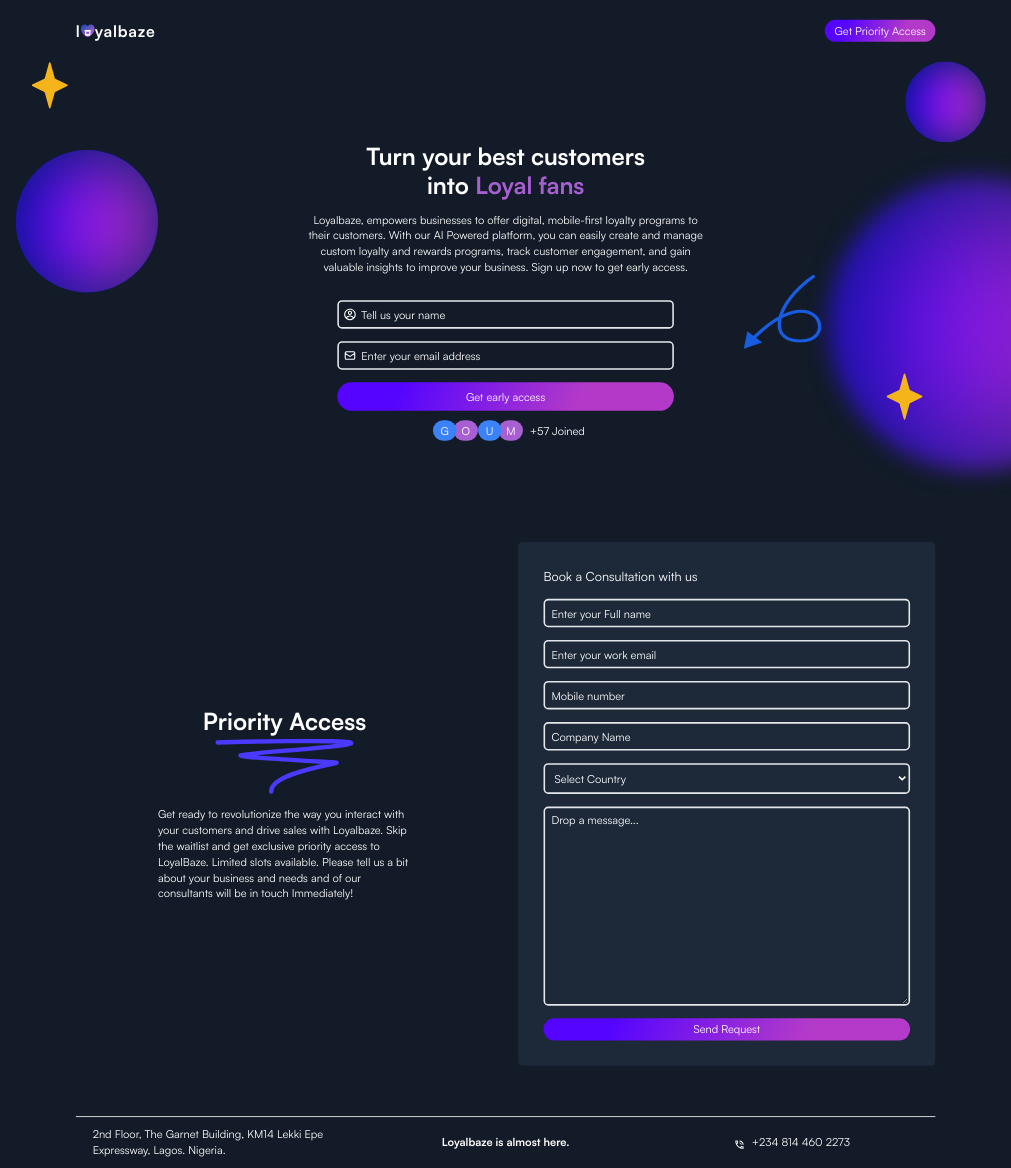
Repository: Jerified/loyalbaze
Page: /
An editor plug-in stored every save of this project. The page is shown before and after a run of saves, followed by the edit.
The browser window is 1280 px wide. The pictures show the whole page, at 79% of full size.
The project was rebuilt for these pictures with package versions that can differ from the ones it lists, and the page was loaded fresh each time. The framework's server and built-in components were replaced by stand-ins that run in the browser. Also part of the build but not shown: next.config.js.

Above is the page before, as saved 2023-02-14 17:43:44.

### src/app/layout.tsx
import Header from '@/components/Header'
import localFont from '@next/font/local'
import './globals.css'
// import Providers from '../../';

const satoshi = localFont({
  src: [
    {
      path: '../../public/fonts/Satoshi-Regular.woff2',
      weight: '400',
    },
    {
      path: '../../public/fonts/Satoshi-Bold.woff2',
      weight: '700',
    },
  ]
})

export default function RootLayout({
  children,
}: {
  children: React.ReactNode
}) {
  return (
    <html lang="en">
      <head />
      <body className={satoshi.className}>
          <Header />
          {children}
      </body>
    </html>
  );
}

### src/app/page.tsx
import Contents from "@/components/Contents";
import Footer from "@/components/Footer";
import Form from "@/components/Form";


export default async function Home() {

  return  (
  <main className=''>
    <Contents />
    <Form />
    <Footer />
  </main>
  )
}

### src/components/Header.tsx
import { AiFillHome } from "react-icons/ai";
import { BsFillInfoCircleFill } from "react-icons/bs";
import Link from "next/link";

export default function Header() {
  return (
    <div className="flex justify-between px-8 sm:mx-auto items-center py-6 max-w-6xl mx-auto">
      <div className="text-xl font-semibold tracking-wider flex items-end justify-end">
        l
        <div className="relative">
          <svg
            width="10"
            height="8"
            viewBox="0 0 10 8"
            fill="none"
            xmlns="http://www.w3.org/2000/svg"
            className="absolute bottom-2 right-[0.23rem]"
          >
            <path
              d="M8.42822 3V5.57143C8.42822 6.51857 7.66108 7.28571 6.71394 7.28571H3.28537C2.33822 7.28571 1.57108 6.51857 1.57108 5.57143V3C1.57108 2.76429 1.76394 2.57143 1.99965 2.57143H2.84394C3.07965 2.57143 3.27251 2.76429 3.27251 3V4.34571C3.27295 4.5733 3.36327 4.7915 3.5238 4.95283C3.68432 5.11416 3.90207 5.20556 4.12965 5.20714C4.29251 5.20714 4.45537 5.16 4.59679 5.06571L5.00394 4.8L5.38108 5.05286C5.64251 5.22857 5.97679 5.25 6.25537 5.1C6.53822 4.95 6.71394 4.66286 6.71394 4.34143V3C6.71394 2.76429 6.90679 2.57143 7.14251 2.57143H7.99965C8.23537 2.57143 8.42822 2.76429 8.42822 3ZM9.07108 0.857143V1.28571C9.07108 1.75714 8.84394 2.14286 8.21394 2.14286H1.78537C1.12965 2.14286 0.928223 1.75714 0.928223 1.28571V0.857143C0.928223 0.385714 1.12965 0 1.78537 0H8.21394C8.84394 0 9.07108 0.385714 9.07108 0.857143Z"
              fill="white"
            />
          </svg>

          <span className="w-">
            <svg
              width="18"
              height="30"
              viewBox="0 0 34 30"
              fill="none"
              xmlns="http://www.w3.org/2000/svg"
            >
              <path
                d="M24.4002 0.169922C21.3835 0.169922 18.6835 1.63659 17.0002 3.88659C16.1404 2.73461 15.0239 1.79891 13.7394 1.15375C12.4549 0.508585 11.0376 0.171731 9.60016 0.169922C4.4835 0.169922 0.333496 4.33659 0.333496 9.48659C0.333496 11.4699 0.650163 13.3033 1.20016 15.0033C3.8335 23.3366 11.9502 28.3199 15.9668 29.6866C16.5335 29.8866 17.4668 29.8866 18.0335 29.6866C22.0502 28.3199 30.1668 23.3366 32.8002 15.0033C33.3502 13.3033 33.6668 11.4699 33.6668 9.48659C33.6668 4.33659 29.5168 0.169922 24.4002 0.169922Z"
                fill="url(#paint0_linear_1098_9360)"
              />
              <defs>
                <linearGradient
                  id="paint0_linear_1098_9360"
                  x1="2.3335"
                  y1="0.333333"
                  x2="19.3335"
                  y2="22.5"
                  gradientUnits="userSpaceOnUse"
                >
                  <stop stop-color="#175CE1" stop-opacity="0.71" />
                  <stop offset="1" stop-color="#A75FD2" stop-opacity="0.94" />
                </linearGradient>
              </defs>
            </svg>
          </span>
        </div>
        yalbaze
      </div>

      <button className=" px-3 py-1 rounded-full bg-[linear-gradient(112.92deg,_#5404FF_18.35%,rgba(189,_59,_210,_0.94)_71.49%)] text-sm">
        <div className="bg-inherit">Get Priority Access</div>
      </button>
    </div>
  );
}

### src/app/globals.css


@tailwind base;
@tailwind components;
@tailwind utilities;

body{
  background-color: #121B27;
  color: white;
  font-family: 'satoshi';
}

@layer components {
  input {
  @apply bg-inherit border-2 w-full rounded-md py-1 px-2 pl-2 placeholder:text-[14px] caret-[#A75FD2] outline-none placeholder:text-white
  }
}

### src/components/Contents.tsx
import React from 'react'
import {CgProfile} from 'react-icons/cg'
import { HiOutlineMail } from "react-icons/hi";

const Contents = () => {
  return (
    <div className="pt-8 lg:pt-0 pb-16 relative px-8">
      <div className="hidden lg:flex justify-end">
        <svg
          width="102"
          height="102"
          viewBox="0 0 102 102"
          fill="none"
          xmlns="http://www.w3.org/2000/svg"
        >
          <g filter="url(#filter0_i_1098_9860)">
            <circle
              cx="51"
              cy="51"
              r="51"
              fill="url(#paint0_linear_1098_9860)"
            />
          </g>
          <defs>
            <filter
              id="filter0_i_1098_9860"
              x="0"
              y="0"
              width="103.02"
              height="104.04"
              filterUnits="userSpaceOnUse"
              color-interpolation-filters="sRGB"
            >
              <feFlood flood-opacity="0" result="BackgroundImageFix" />
              <feBlend
                mode="normal"
                in="SourceGraphic"
                in2="BackgroundImageFix"
                result="shape"
              />
              <feColorMatrix
                in="SourceAlpha"
                type="matrix"
                values="0 0 0 0 0 0 0 0 0 0 0 0 0 0 0 0 0 0 127 0"
                result="hardAlpha"
              />
              <feOffset dx="1.02" dy="2.04" />
              <feGaussianBlur stdDeviation="25.5" />
              <feComposite
                in2="hardAlpha"
                operator="arithmetic"
                k2="-1"
                k3="1"
              />
              <feColorMatrix
                type="matrix"
                values="0 0 0 0 0 0 0 0 0 0.113725 0 0 0 0 0.431373 0 0 0 1 0"
              />
              <feBlend
                mode="normal"
                in2="shape"
                result="effect1_innerShadow_1098_9860"
              />
            </filter>
            <linearGradient
              id="paint0_linear_1098_9860"
              x1="5.1"
              y1="70.89"
              x2="100.108"
              y2="75.3654"
              gradientUnits="userSpaceOnUse"
            >
              <stop stop-color="#5404FF" />
              <stop offset="0.899616" stop-color="#BA2AD1" />
            </linearGradient>
          </defs>
        </svg>
      </div>
      <div className="absolute left-5 hidden lg:block -z-1">
        <svg
          width="180"
          height="200"
          viewBox="0 0 200 200"
          fill="none"
          xmlns="http://www.w3.org/2000/svg"
        >
          <g filter="url(#filter0_i_3346_6249)">
            <circle
              cx="100"
              cy="100"
              r="100"
              fill="url(#paint0_linear_3346_6249)"
            />
          </g>
          <defs>
            <filter
              id="filter0_i_3346_6249"
              x="0"
              y="0"
              width="202"
              height="204"
              filterUnits="userSpaceOnUse"
              color-interpolation-filters="sRGB"
            >
              <feFlood flood-opacity="0" result="BackgroundImageFix" />
              <feBlend
                mode="normal"
                in="SourceGraphic"
                in2="BackgroundImageFix"
                result="shape"
              />
              <feColorMatrix
                in="SourceAlpha"
                type="matrix"
                values="0 0 0 0 0 0 0 0 0 0 0 0 0 0 0 0 0 0 127 0"
                result="hardAlpha"
              />
              <feOffset dx="2" dy="4" />
              <feGaussianBlur stdDeviation="50" />
              <feComposite
                in2="hardAlpha"
                operator="arithmetic"
                k2="-1"
                k3="1"
              />
              <feColorMatrix
                type="matrix"
                values="0 0 0 0 0 0 0 0 0 0.113725 0 0 0 0 0.431373 0 0 0 1 0"
              />
              <feBlend
                mode="normal"
                in2="shape"
                result="effect1_innerShadow_3346_6249"
              />
            </filter>
            <linearGradient
              id="paint0_linear_3346_6249"
              x1="10"
              y1="139"
              x2="196.289"
              y2="147.775"
              gradientUnits="userSpaceOnUse"
            >
              <stop stop-color="#5404FF" />
              <stop offset="0.899616" stop-color="#BA2AD1" />
            </linearGradient>
          </defs>
        </svg>
      </div>
      <div className="absolute right-0 hidden lg:block -z-1">
        <svg
          width="260"
          height="460"
          viewBox="0 0 279 460"
          fill="none"
          xmlns="http://www.w3.org/2000/svg"
        >
          <g filter="url(#filter0_if_3250_3646)">
            <circle
              cx="230"
              cy="230"
              r="200"
              fill="url(#paint0_linear_3250_3646)"
            />
          </g>
          <defs>
            <filter
              id="filter0_if_3250_3646"
              x="0"
              y="0"
              width="460"
              height="460"
              filterUnits="userSpaceOnUse"
              color-interpolation-filters="sRGB"
            >
              <feFlood flood-opacity="0" result="BackgroundImageFix" />
              <feBlend
                mode="normal"
                in="SourceGraphic"
                in2="BackgroundImageFix"
                result="shape"
              />
              <feColorMatrix
                in="SourceAlpha"
                type="matrix"
                values="0 0 0 0 0 0 0 0 0 0 0 0 0 0 0 0 0 0 127 0"
                result="hardAlpha"
              />
              <feOffset dx="4" dy="8" />
              <feGaussianBlur stdDeviation="100" />
              <feComposite
                in2="hardAlpha"
                operator="arithmetic"
                k2="-1"
                k3="1"
              />
              <feColorMatrix
                type="matrix"
                values="0 0 0 0 0 0 0 0 0 0.113725 0 0 0 0 0.431373 0 0 0 1 0"
              />
              <feBlend
                mode="normal"
                in2="shape"
                result="effect1_innerShadow_3250_3646"
              />
              <feGaussianBlur
                stdDeviation="15"
                result="effect2_foregroundBlur_3250_3646"
              />
            </filter>
            <linearGradient
              id="paint0_linear_3250_3646"
              x1="50"
              y1="308"
              x2="422.578"
              y2="325.551"
              gradientUnits="userSpaceOnUse"
            >
              <stop stop-color="#5404FF" />
              <stop offset="0.899616" stop-color="#BA2AD1" />
            </linearGradient>
          </defs>
        </svg>
      </div>

      <h1 className="font-bold text-center text-3xl max-w-sm mx-auto">
        Turn your best customers into{" "}
        <span className="text-[#A75FD2] ">Loyal fans</span>
      </h1>
      <p className="text-center pt-4 max-w-[22rem] md:max-w-lg mx-auto text-sm z-100">
        Loyalbaze, empowers businesses to offer digital, mobile-first loyalty
        programs to their customers. With our AI Powered platform, you can
        easily create and manage custom loyalty and rewards programs, track
        customer engagement, and gain valuable insights to improve your
        business. Sign up now to get early access.
      </p>
      <form
        action=""
        className="pt-8 grid place-items-center gap-4 pb-3 relative"
      >
        <div className="absolute right-[13rem] top-0 hidden lg:block">
          <svg
            width="99"
            height="94"
            viewBox="0 0 99 94"
            fill="none"
            xmlns="http://www.w3.org/2000/svg"
          >
            <path
              d="M89.8737 3.49999C90.82 2.84772 91.0138 1.6312 90.3065 0.782795C89.5992 -0.0656061 88.2586 -0.224608 87.3123 0.427655L89.8737 3.49999ZM75.1908 83.4453L75.2913 85.3794L75.1908 83.4453ZM0.487821 93.343L23.7889 85.632L5.03935 71.2977L0.487821 93.343ZM87.3123 0.427655C63.2326 17.0251 47.5056 38.4428 43.9972 55.6668C42.2394 64.2962 43.5064 72.1624 48.7779 77.7112C54.0665 83.278 62.9501 86.0571 75.2913 85.3794L75.0903 81.5112C63.5102 82.147 56.1583 79.4988 52.0369 75.1606C47.8985 70.8045 46.5811 64.288 48.2042 56.3198C51.4574 40.3488 66.3528 19.7123 89.8737 3.49999L87.3123 0.427655ZM75.2913 85.3794C87.4389 84.7124 94.9158 78.9117 97.5774 71.5997C100.191 64.4195 98.034 56.077 91.6943 50.4846C85.2748 44.8217 74.8195 42.1622 61.2105 45.8016C47.6707 49.4225 30.939 59.2723 11.4376 78.6706L14.5831 81.2586C33.8025 62.1408 49.8871 52.8556 62.3705 49.5172C74.7847 46.1974 83.5594 48.7545 88.6881 53.2787C93.8967 57.8734 95.6063 64.6887 93.5159 70.4314C91.4735 76.0424 85.6761 80.9299 75.0903 81.5112L75.2913 85.3794Z"
              fill="#175CE1"
            />
          </svg>
        </div>
        <div className="w-[80%] md:w-[60%] lg:max-w-[35%] relative flex items-center">
          <input
            type="text"
            className=" bg-inherit border-2 w-full rounded-md py-1 px-2 pl-7 placeholder:text-[14px] "
            placeholder="Tell us your name"
          />
          <CgProfile className="absolute left-2 top-[50%] -translate-y-[50%]" />
        </div>
        <div className="w-[80%] md:w-[60%] lg:max-w-[35%] relative flex items-center">
          <input
            type="text"
            className=" bg-inherit border-2 w-full rounded-md py-1 px-2 pl-7 placeholder:text-[14px] placeholder:pt-[-1px] "
            placeholder="Enter your email address"
          />
          <HiOutlineMail className="absolute left-2 top-[50%] -translate-y-[50%]" />
        </div>
        <button className="text-sm bg-[linear-gradient(112.92deg,_#5404FF_18.35%,rgba(189,_59,_210,_0.94)_71.49%)] rounded-full w-[80%] md:w-[60%] lg:max-w-[35%] py-2">
          Get early access
        </button>
        <div className="absolute bottom-0  right-0 lg:right-20">
          <svg
            width="46"
            height="60"
            viewBox="0 0 46 60"
            fill="none"
            xmlns="http://www.w3.org/2000/svg"
          >
            <path
              d="M22.0364 1.47205C22.3075 0.495278 23.6925 0.495274 23.9636 1.47205L29.3625 20.9258C29.4386 21.2002 29.6282 21.4291 29.8836 21.5551L45.1824 29.1032C45.9257 29.47 45.9257 30.53 45.1823 30.8968L29.8836 38.4449C29.6282 38.5709 29.4386 38.7998 29.3625 39.0742L23.9636 58.5279C23.6925 59.5047 22.3075 59.5047 22.0364 58.528L16.6375 39.0742C16.5614 38.7998 16.3718 38.5709 16.1164 38.4449L0.817651 30.8968C0.0742599 30.53 0.0742621 29.47 0.817654 29.1032L16.1164 21.5551C16.3718 21.4291 16.5614 21.2002 16.6375 20.9258L22.0364 1.47205Z"
              fill="#F4B41A"
            />
          </svg>
        </div>
      </form>
      <div className="flex relative text-sm justify-center items-center">
        <p className="bg-blue-500 rounded-full w-fit px-[10px] py-[3px] relative  left-2 z-10">
          G
        </p>
        <p className="bg-[#A75FD2] rounded-full w-fit px-[10px] py-[3px] relative left-1">
          O
        </p>
        <p className="bg-blue-500 rounded-full w-fit px-[10px] py-[3px] relative left-1">
          U
        </p>
        <p className="bg-[#A75FD2] rounded-full w-fit px-[10px] py-[3px]">M</p>
        <p className="pl-2 font-medium">+57 Joined</p>
      </div>
      <div className="absolute inset-0 lg:left-10">
        <svg
          width="46"
          height="60"
          viewBox="0 0 46 60"
          fill="none"
          xmlns="http://www.w3.org/2000/svg"
        >
          <path
            d="M22.0364 1.47205C22.3075 0.495278 23.6925 0.495274 23.9636 1.47205L29.3625 20.9258C29.4386 21.2002 29.6282 21.4291 29.8836 21.5551L45.1824 29.1032C45.9257 29.47 45.9257 30.53 45.1823 30.8968L29.8836 38.4449C29.6282 38.5709 29.4386 38.7998 29.3625 39.0742L23.9636 58.5279C23.6925 59.5047 22.3075 59.5047 22.0364 58.528L16.6375 39.0742C16.5614 38.7998 16.3718 38.5709 16.1164 38.4449L0.817651 30.8968C0.0742599 30.53 0.0742621 29.47 0.817654 29.1032L16.1164 21.5551C16.3718 21.4291 16.5614 21.2002 16.6375 20.9258L22.0364 1.47205Z"
            fill="#F4B41A"
          />
        </svg>
      </div>
    </div>
  );
}

export default Contents

### src/components/Footer.tsx
import React from 'react'
import {MdOutlinePhoneInTalk} from 'react-icons/md'

const Footer = () => {
  return (
    <div className='max-w-6xl mx-auto px-8'>
      <div
        className="border-b border-white
        "
      />
      <div className="lg:grid lg:grid-cols-3 text-center gap-y-3 text-sm py-3 lg:gap-0 items-center">
        <div className="font-semibold order-2 ">Loyalbaze is almost here.</div>
        <div className="max-w-[20rem] mx-auto order-1 lg:text-start">
          2nd Floor, The Garnet Building, KM14 Lekki Epe Expressway, Lagos.
          Nigeria.
        </div>
        <div className="flex justify-center items-center gap-2 order-3 lg:items-end">
          <MdOutlinePhoneInTalk />
          <p className="">+234 814 460 2273</p>
        </div>
      </div>
    </div>
  );
}

export default Footer

### src/components/Form.tsx
import React from "react";

const Form = () => {
  return (
    <>
      <main className="lg:grid grid-cols-2 gap-8 items-center max-w-6xl mx-auto px-8">
        <div className="text-center lg:text-start lg:place-items-center">
          <h1 className="font-semibold text-3xl ">Priority Access</h1>
          <div className="grid place-items-center pt-1">
            <svg
              width="176"
              height="70"
              viewBox="0 0 176 70"
              fill="none"
              xmlns="http://www.w3.org/2000/svg"
            >
              <path
                d="M3.5 4.8585C26.7327 3.78401 160.807 1.27686 171.613 4.8585C185.121 9.33556 39.9697 17.9315 32.6758 21.155C26.8406 23.7338 146.678 29.5718 153.702 30.2882C160.726 31.0045 70.2263 42.3583 71.3069 67"
                stroke="#4A3AFF"
                stroke-width="5.55173"
                stroke-linecap="round"
              />
            </svg>
          </div>
          <p className="pt-4 text-sm max-w-[22rem] md:max-w-lg lg:max-w-[20rem] mx-auto lg:m-0">
            Get ready to revolutionize the way you interact with your customers
            and drive sales with Loyalbaze. Skip the waitlist and get exclusive
            priority access to LoyalBaze. Limited slots available. Please tell
            us a bit about your business and needs and of our consultants will
            be in touch Immediately!
          </p>
        </div>
        <div className=" -auto">
          <form action="" className="py-8 bg-[#1D2939] my-16 rounded-md">
            <div className=" flex flex-col gap-4 mx-auto px-6 lg:px-8">
              <p className="">Book a Consultation with us</p>
              <input
                type="text"
                className="input"
                placeholder="Enter your Full name"
              />
              <input
                type="email"
                className="input"
                placeholder="Enter your work email"
              />
              <input type="tel" className="input" placeholder="Mobile number" />
              <input type="text" className="input" placeholder="Company Name" />
              <select
                name="Select Country"
                id=""
                className=" bg-inherit border-2 w-full rounded-md py-2 px-2 pl-2 placeholder:text-[14px] caret-[#A75FD2] outline-none text-[14px]"
              >
                <option
                  value="Select Country"
                  className="placeholder:text-[14px] text-[14px]"
                >
                  Select Country
                </option>
              </select>
              <textarea
                name=""
                id=""
                cols="0"
                rows="10"
                placeholder="Drop a message..."
                className=" bg-inherit border-2 w-full rounded-md py-1 px-2 pl-2 placeholder:text-[14px] caret-[linear-gradient(112.92deg,_#5404FF_18.35%,rgba(189,_59,_210,_0.94)_71.49%)] outline-none resize-non placeholder:text-white"
              />
              <button className=" px-3 py-1 rounded-full bg-[linear-gradient(112.92deg,_#5404FF_18.35%,rgba(189,_59,_210,_0.94)_71.49%)] text-sm">
                Send Request
              </button>
            </div>
          </form>
        </div>
      </main>
    </>
  );
};

export default Form;

### tailwind.config.js
/** @type {import('tailwindcss').Config} */
module.exports = {
  content: ["./src/**/*.{html,js,jsx,ts,tsx}"],
  theme: {
    fontFamily: {
      'satochi': ['Satoshi', 'sans-serif'],
    },
    extend: {},
  },
  plugins: [],
  darkMoode:"class"
}

After the next 2 saves:
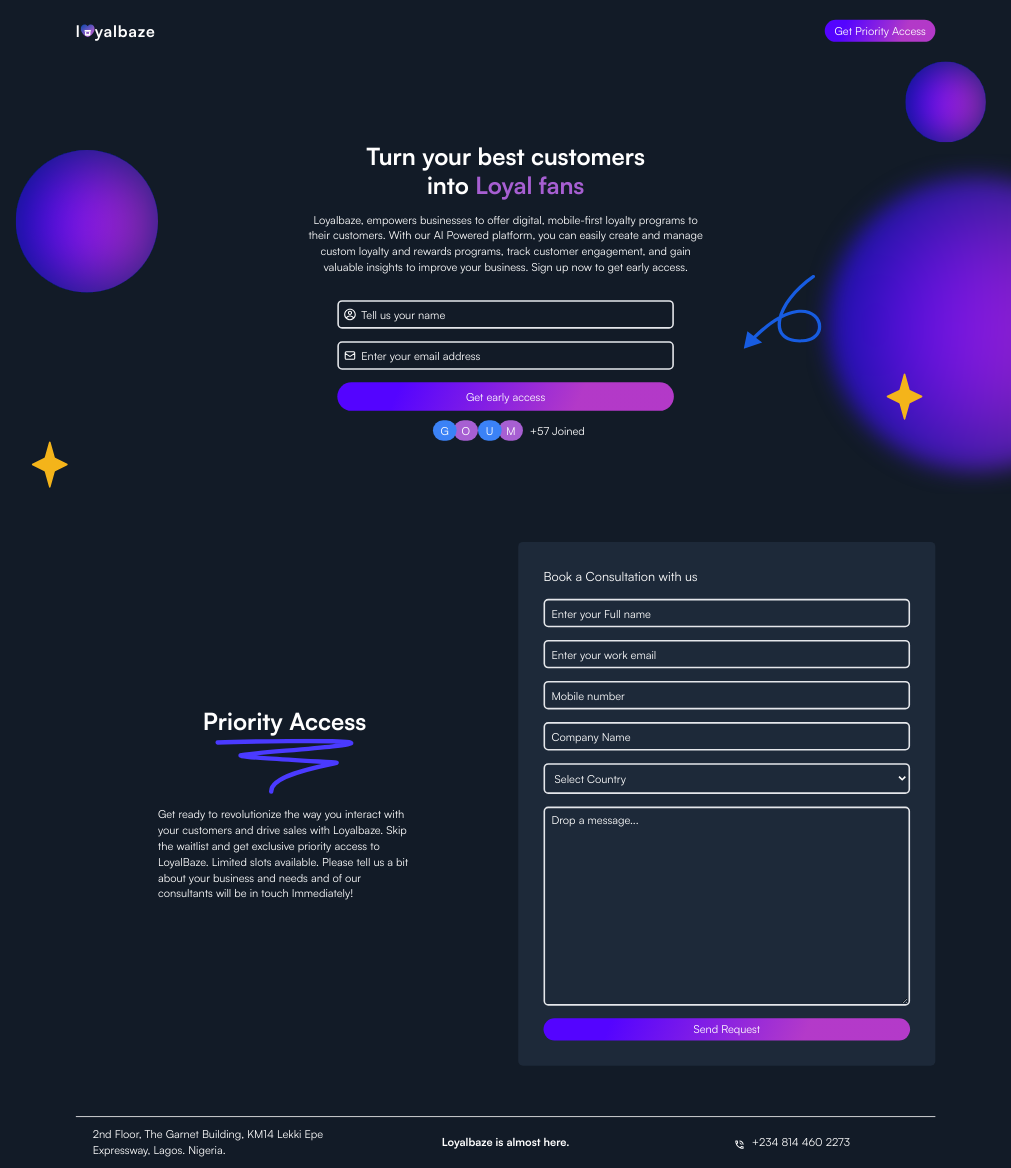
The 2 saves are shown as one change because they came seconds apart.
The last was saved 36 s later.
--- a/src/components/Contents.tsx
+++ b/src/components/Contents.tsx
@@ -299,7 +299,7 @@
         <p className="bg-[#A75FD2] rounded-full w-fit px-[10px] py-[3px]">M</p>
         <p className="pl-2 font-medium">+57 Joined</p>
       </div>
-      <div className="absolute inset-0 lg:left-10">
+      <div className="absolute bttom-0 lg:left-10">
         <svg
           width="46"
           height="60"
